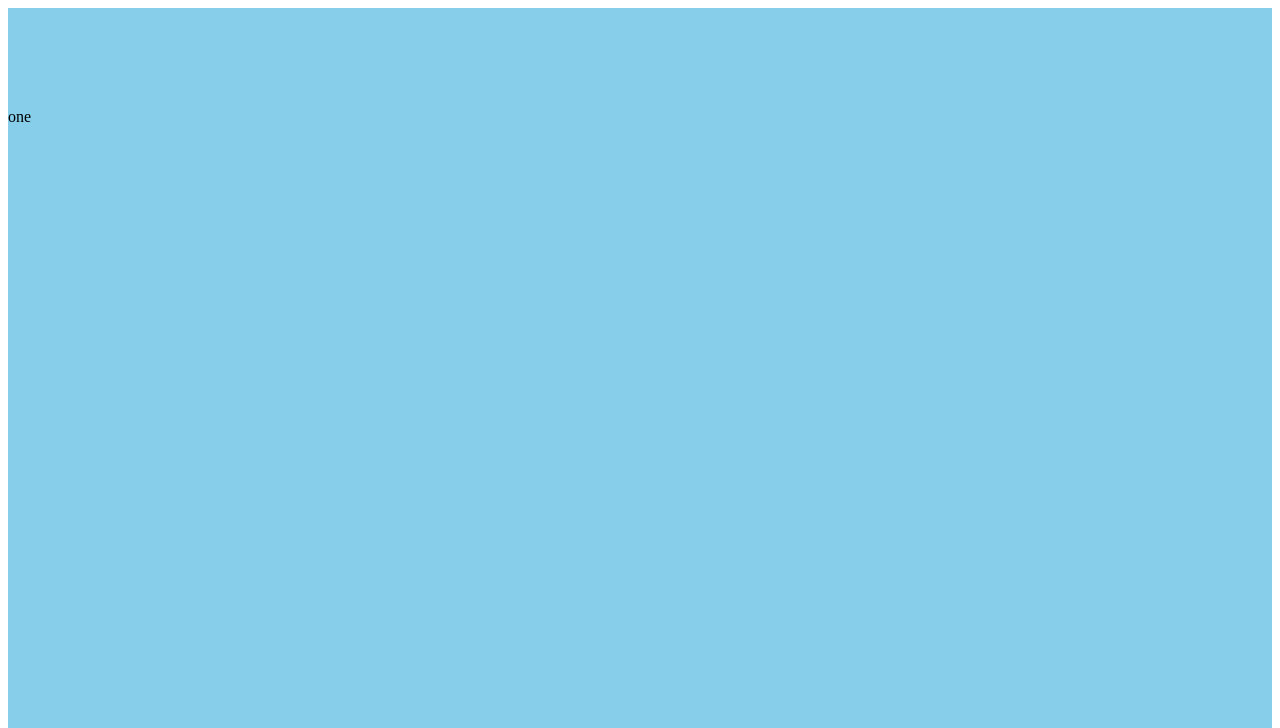
Repository: WatcherOne/NoteBook
Page: Css/visualScroll2.html
The author's editor kept a copy of each file at every save. The page is drawn from the files as they stood at one save, then again after the next save.
The browser window is 1280 px wide. The pictures show the whole page.
An inner scrolling area shows only its first screen.

Above is the page before, as saved 2023-08-14 09:58:32.

After the next save:
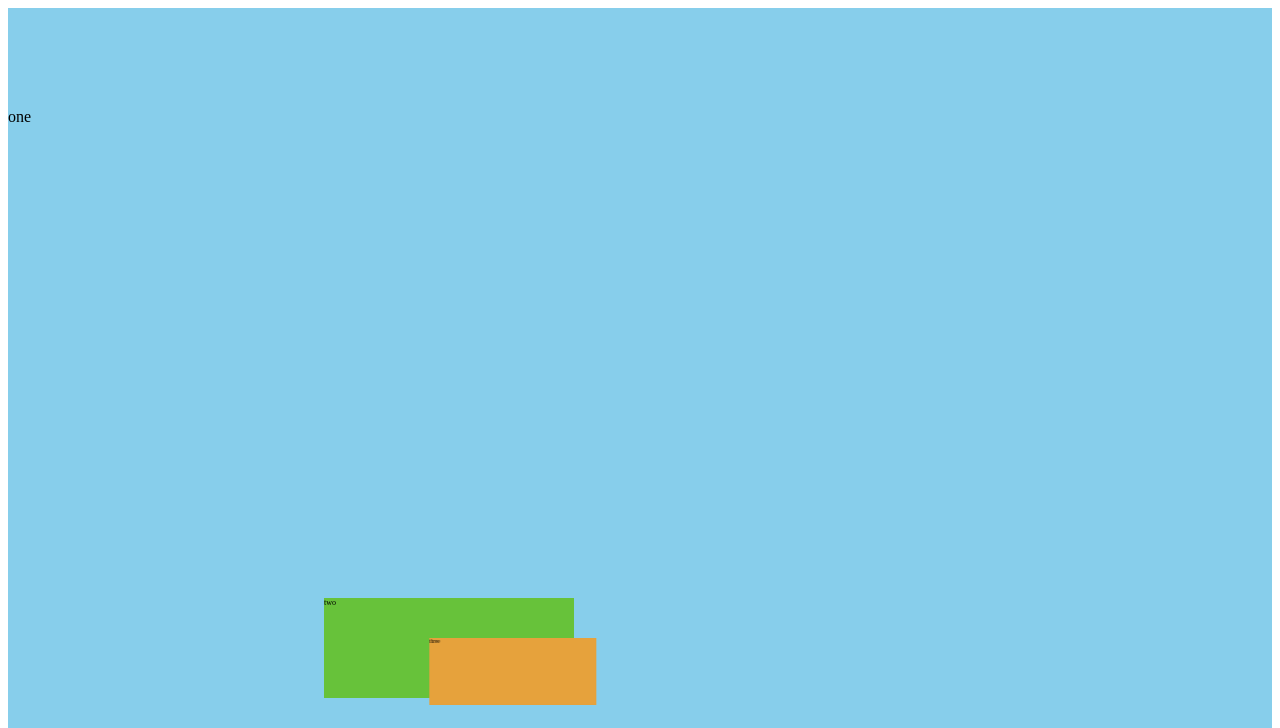
Saved 23 s later.
--- a/Css/visualScroll2.html
+++ b/Css/visualScroll2.html
@@ -24,7 +24,7 @@
         }
         .one {
             width: 100vw;
-            height: 200vh;
+            height: 100vh;
             background: skyblue;
             padding-top: 100px;
             transform: translateZ(0px);
